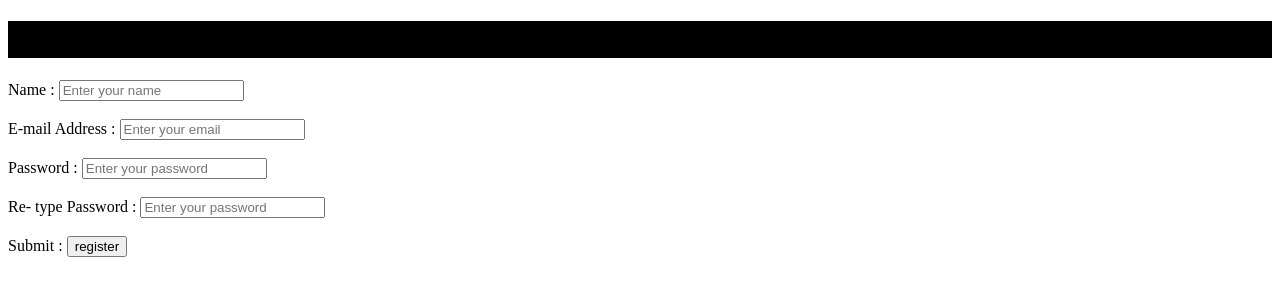
Repository: MarkFernandes11/Advanced-Java
Page: http://localhost/LoginPage1/registration.jsp
An editor plug-in stored every save of this project. The page is shown before and after the next save, followed by the edit.
The browser window is 1280 px wide. The pictures show the whole page.
The page is served by Tomcat 9. Nobody is signed in. The application's start-up code is not run. Other server files are loaded and not shown.

Above is the page before, as saved 2019-09-24 13:03:56.

### LoginPage1/WebContent/registration.jsp
<%@ page language="java" contentType="text/html; charset=UTF-8"
    pageEncoding="UTF-8"%>
<!DOCTYPE html>
<html>
<head>
<meta charset="UTF-8">
<title>Registration Page</title>
<link rel="Stylesheet" type= "text/css" href="StyleSheet.css">
</head>
<body>
	<header>
		<h1>Bridgelabz Registration Page</h1>
		<!-- <marquee><h1>Bridgelabz Login Page</h1></marquee> -->
	</header>

	<form action = "login" method = "post">
		<div>
			Name : <input type = "text" name = "Name" placeholder = "Enter your name">
			<br><br>
			E-mail Address : <input type = "email" name = "email" placeholder = "Enter your email">
			<br><br>
			Password : <input type = "password" name = "password" placeholder = "Enter your password">
			<br><br>
			Re- type Password : <input type = "password" name = "password2" placeholder = "Enter your password">
			<br><br>
			Submit : <input type = "submit" name ="submit" value = "register">
			<br><br>
		</div>
	</form>


</body>
</html>

### LoginPage1/WebContent/StyleSheet.css
header
{
	background-color: #000;
	font: #fff;
	margin: auto;
}

After the next save:
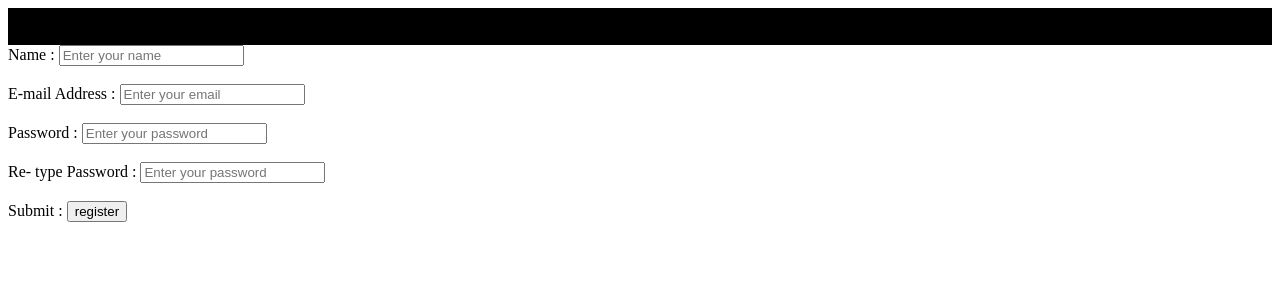
Saved 2 min 13 s later.
--- a/LoginPage1/WebContent/StyleSheet.css
+++ b/LoginPage1/WebContent/StyleSheet.css
@@ -1,6 +1,11 @@
 header
 {
 	background-color: #000;
+
+}
+
+h1
+{
+	margin: auto;
 	font: #fff;
-	margin: auto;
 }

After the 3 saves that followed:
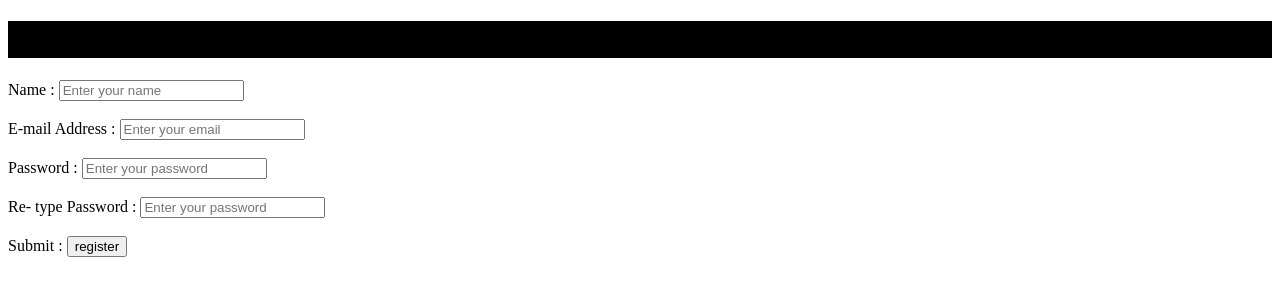
The 3 saves are shown as one change because 2 left the picture as it was.
The last was saved 108 s later.
--- a/LoginPage1/WebContent/StyleSheet.css
+++ b/LoginPage1/WebContent/StyleSheet.css
@@ -1,11 +1,11 @@
 header
 {
 	background-color: #000;
-
+	margin: auto;
 }
 
-h1
+header.h1
 {
 	margin: auto;
-	font: #fff;
+	font: #f00;
 }
